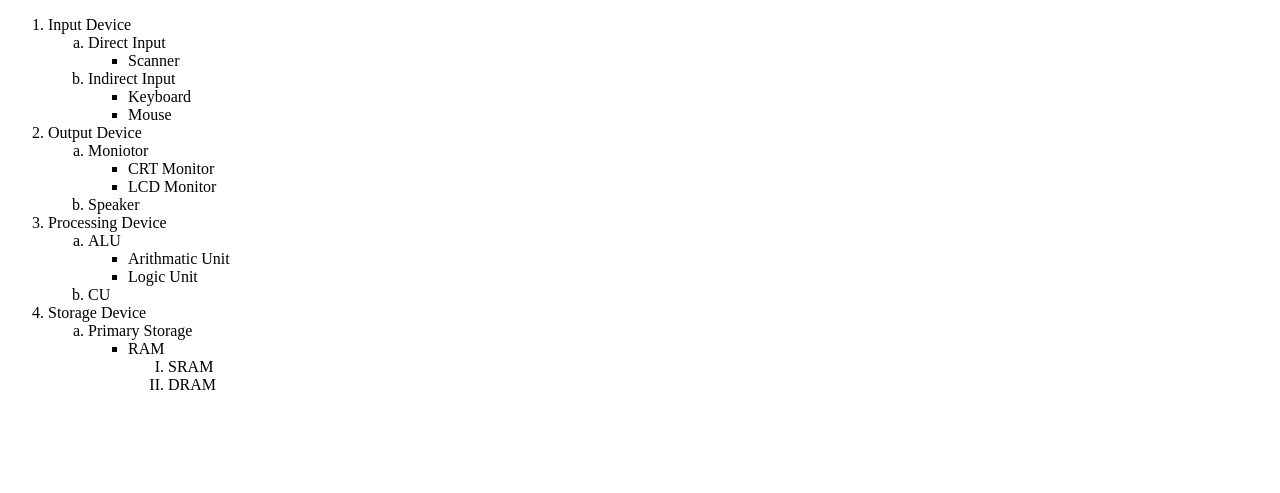
Repository: Rohit-sharma9838/myself
Page: Qspider/list.html
The author's editor kept a copy of each file at every save. The page is drawn from the files as they stood at one save, then again after the next save.
The browser window is 1280 px wide. The pictures show the whole page.

Above is the page before, as saved 2025-08-16 19:59:09.

After the next save:
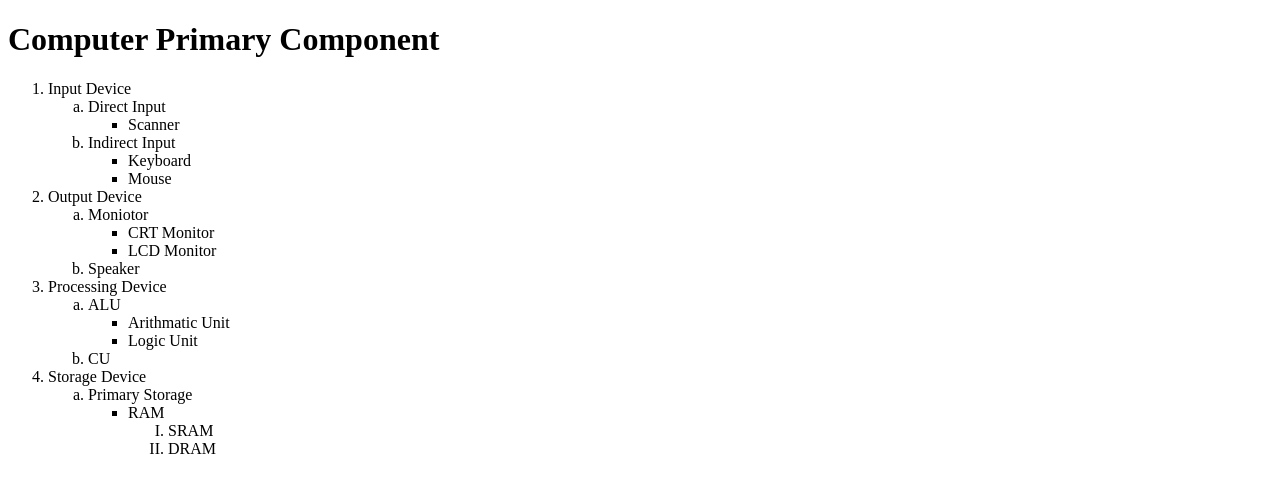
Saved 85 s later.
--- a/Qspider/list.html
+++ b/Qspider/list.html
@@ -6,6 +6,7 @@
     <title>Document</title>
 </head>
 <body>
+    <h1 style="font-size: bold;">Computer Primary Component</h1>
    <ol>
     <li>Input Device</li>
     <ol type="a">
